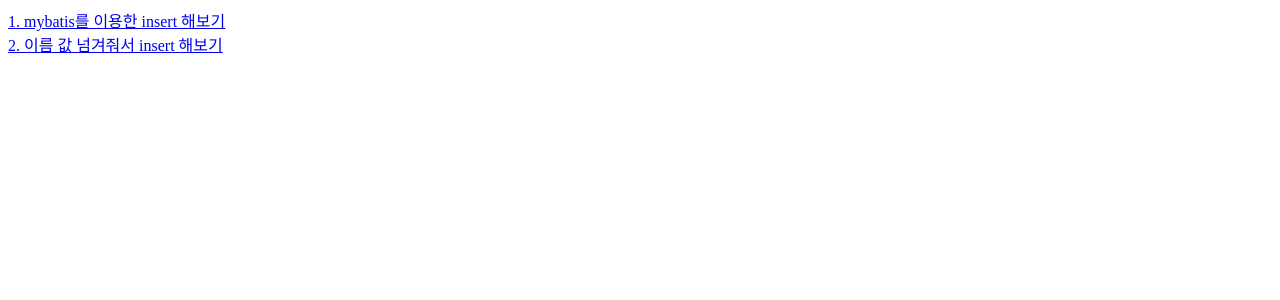
Repository: choo93/webworkspace3
Page: webworkspace3/mybatis01/WebContent/index.html
These files come from the project's save history. The page is drawn as it stood at one moment and after the next save; the edit follows.
The browser window is 1280 px wide. The pictures show the whole page.

Above is the page before, as saved 2018-06-26 07:36:00.

After the next save:
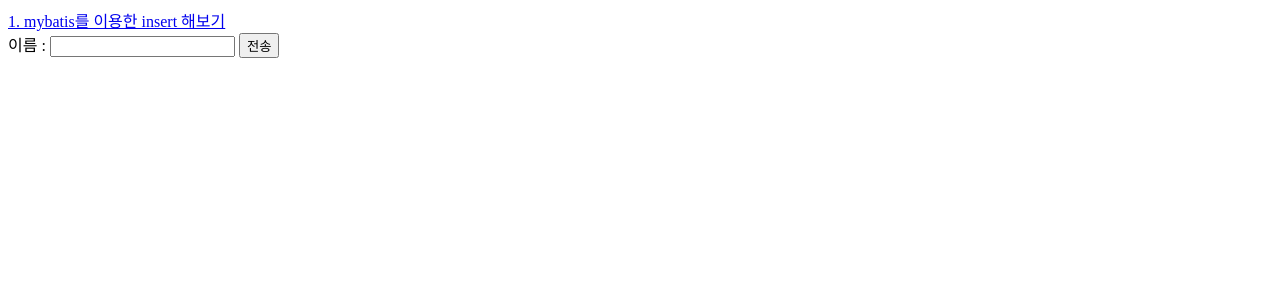
Saved 89 s later.
--- a/webworkspace3/mybatis01/WebContent/index.html
+++ b/webworkspace3/mybatis01/WebContent/index.html
@@ -6,6 +6,9 @@
 </head>
 <body>
 <a href="/mybatisTest1">1. mybatis를 이용한 insert 해보기</a><br>
-<a href="/mybatisTest2">2. 이름 값 넘겨줘서 insert 해보기</a>
+<form action="/mybatisTest2">
+	이름 : <input type="text" name="studentName" />
+	<input type="submit" value="전송" />
+</form>
 </body>
 </html>
